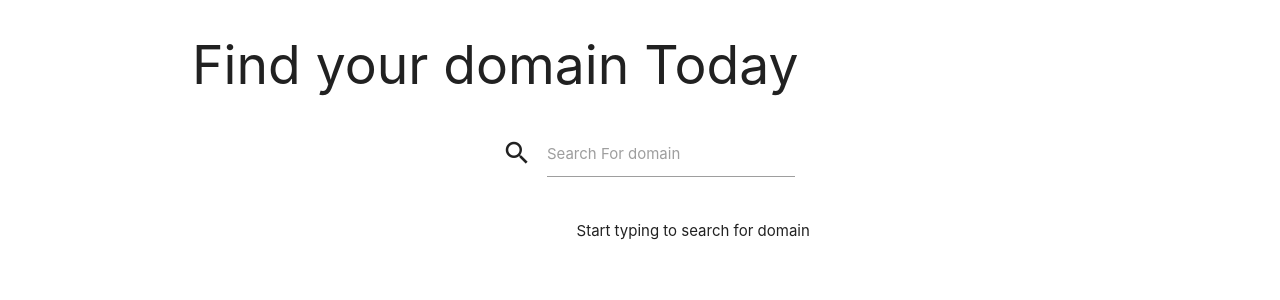
Repository: habib-urrehmaan/domain-name-searcher
Page: / (app in client/)
The author's editor kept a copy of each file at every save. The page is drawn from the files as they stood at one save, then again after the next save.
The browser window is 1280 px wide. The pictures show the whole page.
The project was rebuilt for these pictures with package versions that can differ from the ones it lists, and the page was loaded fresh each time.

Above is the page before, as saved 2020-04-17 18:12:39.

After the next save:
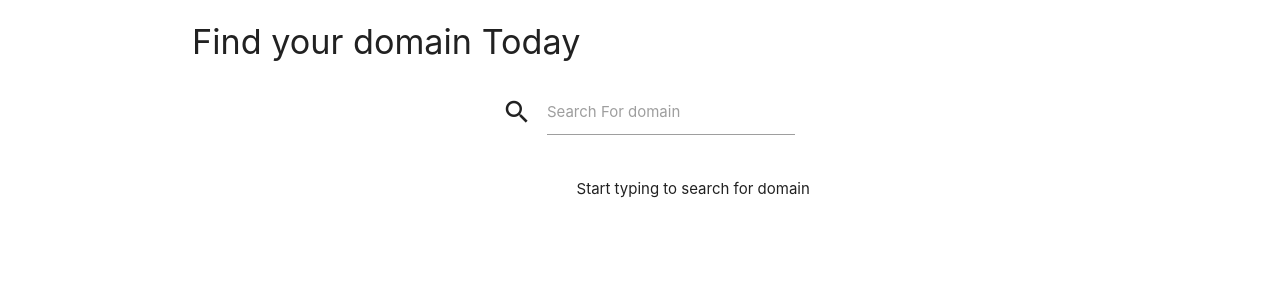
Saved 7 s later.
--- a/client/src/Search.js
+++ b/client/src/Search.js
@@ -29,7 +29,7 @@ class Search extends Component {
             <div>
                 <div className="row">
                     <div className="offset-s4">
-                        <h2>Find your domain Today</h2>
+                        <h4>Find your domain Today</h4>
                     </div>
                     <div className="input-field col offset-s4">
                         <i className="material-icons prefix">search</i>
